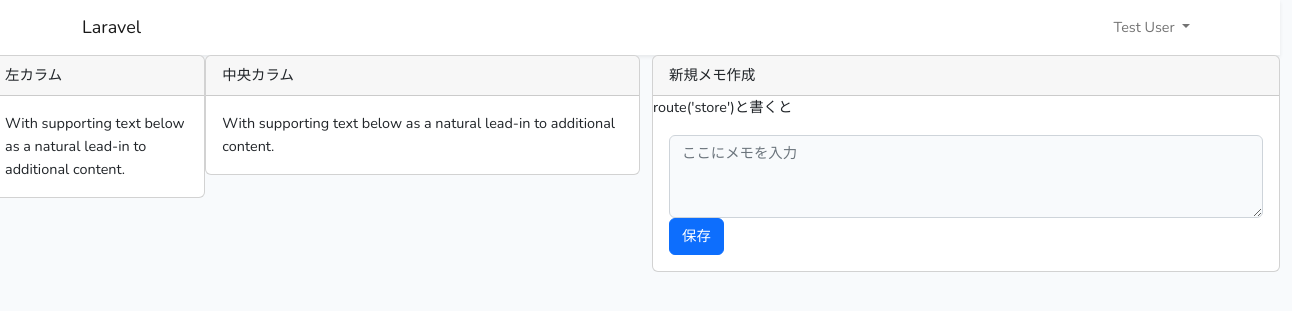
Repository: OkunoTaichi/laravel-simple-memo
Page: http://localhost/home
These files come from the project's save history. The page is drawn as it stood at one moment and after a run of saves; the edit follows.
The browser window is 1280 px wide. The page is 1292 px wide, so the pictures cover 1292 px, including what lies to the right of the window. The pictures show the whole page.
The page is served by the project's Laravel application, run on PHP 8.4 with Laravel 8. A made-up administrator, Test User (test@example.com), is signed in. Queries for data that is not in the repository find no rows.

Above is the page before, as saved 2022-11-09 22:24:54.

After the next 3 saves:
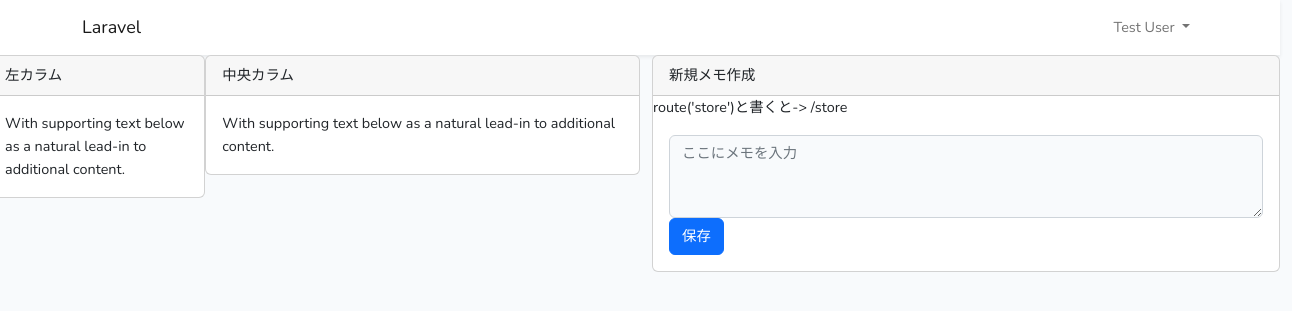
The 3 saves are shown as one change because they came seconds apart.
The last was saved 15 s later.
--- a/resources/views/create.blade.php
+++ b/resources/views/create.blade.php
@@ -3,7 +3,7 @@
 @section('content')
 <div class="card">
     <div class="card-header">新規メモ作成</div>
-    route('store')と書くと
+    route('store')と書くと-> /store
     <form class="card-body" action="{{ route('store') }}" method="POST">
         @csrf
         <div class="form-group">
